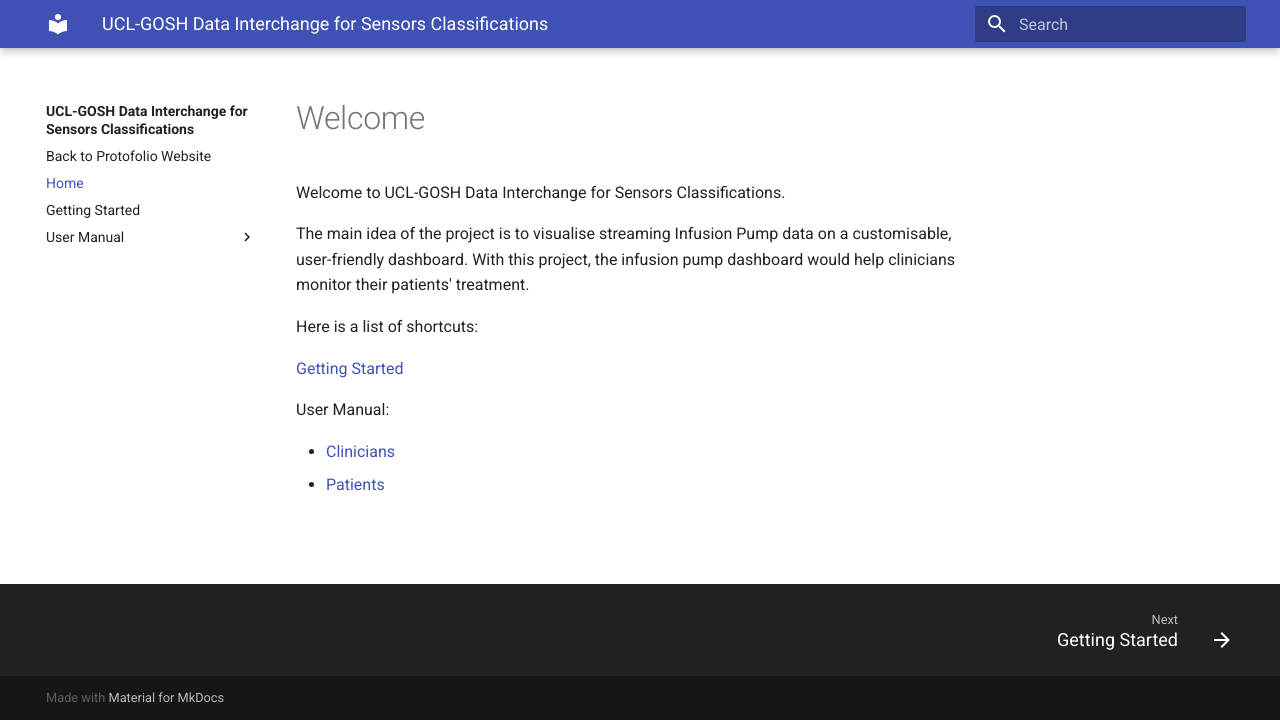
Repository: COMP0016-Team6/user-manual
Page: site/index.html
These files come from the project's save history. The page is drawn as it stood at one moment and after the next save; the edit follows.
The browser window is 1280 px wide. The pictures show the whole page.

Above is the page before, as saved 2021-03-18 21:52:27.

After the next save:
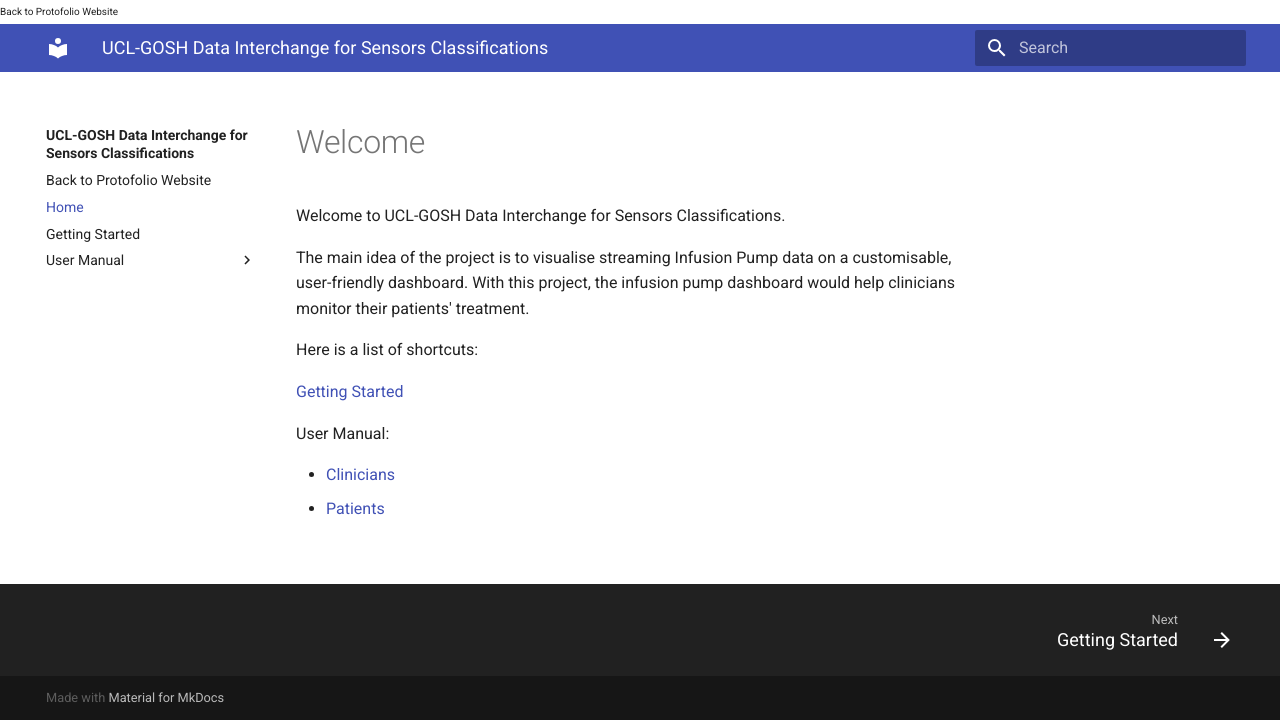
Saved 42 min 12 s later.
--- a/site/index.html
+++ b/site/index.html
@@ -12,9 +12,13 @@
       <link rel="shortcut icon" href="assets/images/favicon.png">
       <meta name="generator" content="mkdocs-1.1.2, mkdocs-material-7.0.5">
 
-
-
+      <a href="https://comp0016-team6.github.io/" class="md-nav__link">
+        Back to Protofolio Website
+      </a>
+      <a href="https://comp0016-team6.github.io/" class="md-nav__link">
         <title>UCL-GOSH Data Interchange for Sensors Classifications</title>
+      </a>
+
 
 
 

After the save that followed:
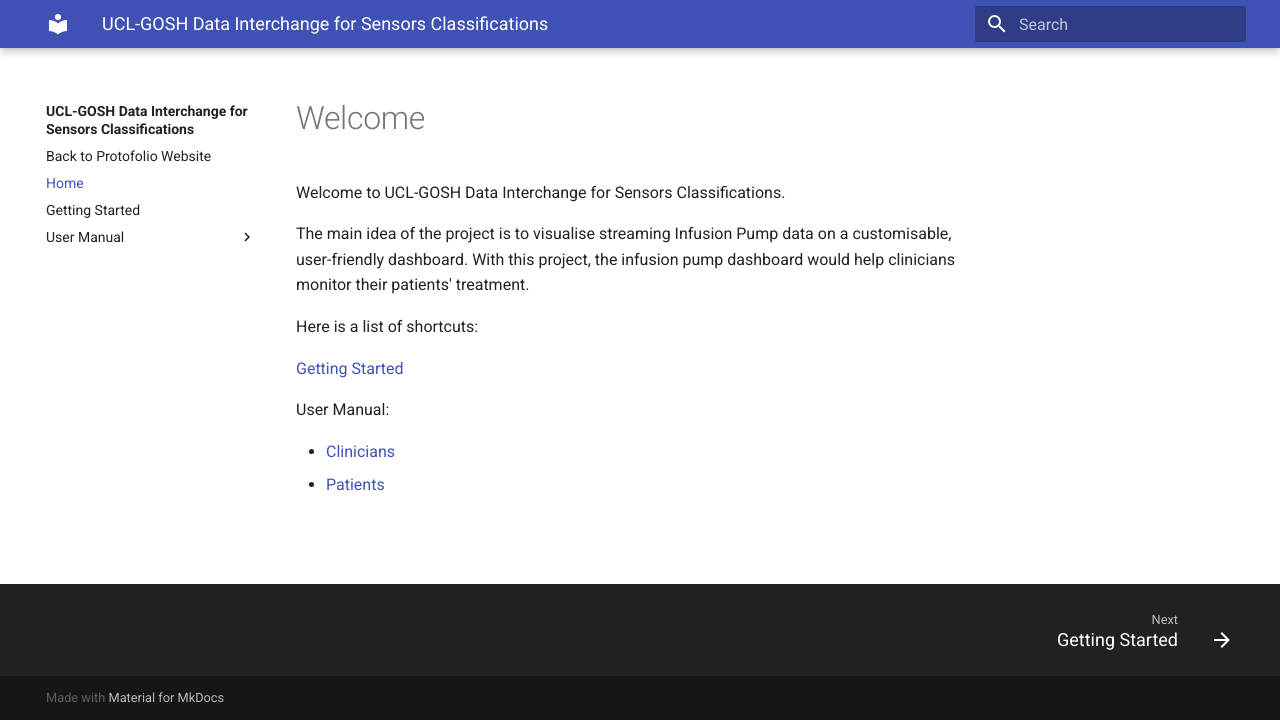
Saved 10 s later.
--- a/site/index.html
+++ b/site/index.html
@@ -12,10 +12,8 @@
       <link rel="shortcut icon" href="assets/images/favicon.png">
       <meta name="generator" content="mkdocs-1.1.2, mkdocs-material-7.0.5">
 
-      <a href="https://comp0016-team6.github.io/" class="md-nav__link">
-        Back to Protofolio Website
-      </a>
-      <a href="https://comp0016-team6.github.io/" class="md-nav__link">
+
+      <a href="https://comp0016-team6.github.io/">
         <title>UCL-GOSH Data Interchange for Sensors Classifications</title>
       </a>
 
